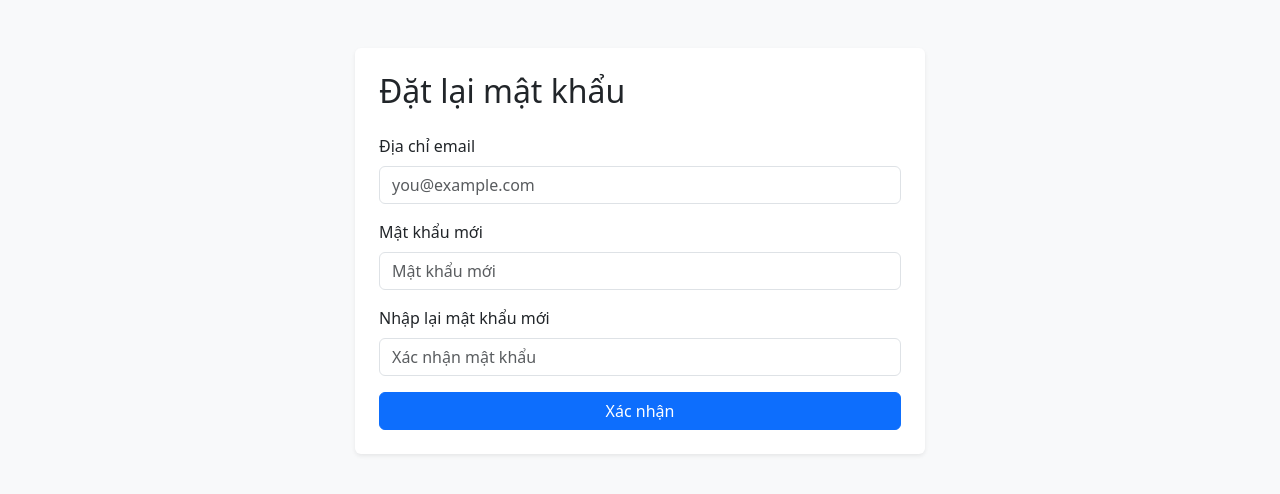
Repository: nvk3005/LapTrinhWeb-
Page: http://localhost/HelloServlet/password
The author's editor kept a copy of each file at every save. The page is drawn from the files as they stood at one save, then again after the next save.
The browser window is 1280 px wide. The pictures show the whole page.
The page is served by Tomcat 10. Other server files are loaded and not shown.

Above is the page before, as saved 2025-09-03 06:16:25.

### HelloServlet/src/main/webapp/views/forgotpass.jsp
<%@ page language="java" contentType="text/html; charset=UTF-8"
	pageEncoding="UTF-8"%>
<%@taglib prefix="c" uri="jakarta.tags.core"%>
<%@taglib prefix="fmt" uri="jakarta.tags.fmt"%>
<%@ taglib uri="http://java.sun.com/jsp/jstl/sql" prefix="sql"%>
<%@ taglib uri="http://java.sun.com/jsp/jstl/xml" prefix="x"%>
<%@ taglib uri="http://java.sun.com/jsp/jstl/functions" prefix="fn"%>
<!DOCTYPE html>
<html lang="vi">
<head>
<meta charset="UTF-8">
<meta name="viewport" content="width=device-width, initial-scale=1">
<title>Đặt lại mật khẩu</title>
<link
	href="https://cdn.jsdelivr.net/npm/bootstrap@5.3.0/dist/css/bootstrap.min.css"
	rel="stylesheet">
</head>
<body class="bg-light">
	<div class="container mt-5">
		<div class="row justify-content-center">
			<div class="col-md-6 bg-white p-4 rounded shadow-sm">
				<h2 class="mb-4">Đặt lại mật khẩu</h2>
				<form action="/password" method="POST">
					<div class="mb-3">
						<label for="email" class="form-label">Địa chỉ email</label> <input
							type="email" class="form-control" id="email" name="email"
							required placeholder="you@example.com">
					</div>

					<div class="mb-3">
						<label for="new-password" class="form-label">Mật khẩu mới</label>
						<input type="password" class="form-control" id="new-password"
							name="new_password" placeholder="Mật khẩu mới">
					</div>

					<div class="mb-3">
						<label for="confirm-password" class="form-label">Nhập lại
							mật khẩu mới</label> <input type="password" class="form-control"
							id="confirm-password" name="confirm_password"
							placeholder="Xác nhận mật khẩu">
					</div>

					<div id="password-match-msg" class="text-danger mb-2"
						style="display: none;">Mật khẩu không khớp!</div>

					<!-- Có thể thêm token ẩn nếu trang này được truy cập từ link trong email -->
					<input type="hidden" name="token" id="token">

					<button type="submit" class="btn btn-primary w-100">Xác
						nhận</button>
				</form>
			</div>
		</div>
	</div>
</body>
</html>

### HelloServlet/src/main/java/vn/iotstar/controller/PasswordController.java
package vn.iotstar.controller;

import jakarta.servlet.ServletException;
import jakarta.servlet.annotation.WebServlet;
import jakarta.servlet.http.HttpServlet;
import jakarta.servlet.http.HttpServletRequest;
import jakarta.servlet.http.HttpServletResponse;
import java.io.IOException;

/**
 * Servlet implementation class PasswordController
 */
@WebServlet(urlPatterns = {"/password"})
public class PasswordController extends HttpServlet {
	private static final long serialVersionUID = 1L;

    /**
     * @see HttpServlet#HttpServlet()
     */
    public PasswordController() {
        super();
        // TODO Auto-generated constructor stub
    }

	/**
	 * @see HttpServlet#doGet(HttpServletRequest request, HttpServletResponse response)
	 */
	protected void doGet(HttpServletRequest request, HttpServletResponse response) throws ServletException, IOException {
		// TODO Auto-generated method stub
		request.getRequestDispatcher("/views/forgotpass.jsp").forward(request, response);
	}

	/**
	 * @see HttpServlet#doPost(HttpServletRequest request, HttpServletResponse response)
	 */
	protected void doPost(HttpServletRequest request, HttpServletResponse response) throws ServletException, IOException {
		// TODO Auto-generated method stub
		response.setContentType("text/html; charset=UTF-8");
        request.setCharacterEncoding("UTF-8");

        String email = request.getParameter("email");
        String newpass = request.getParameter("password");
        String confirmpass = request.getParameter("remember");
	}

}

After the next save:
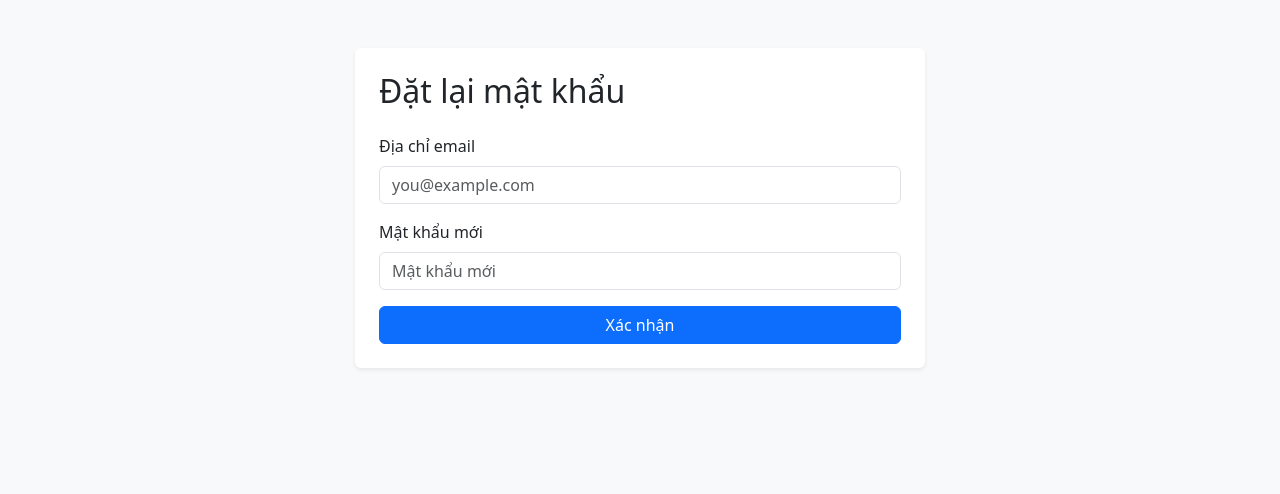
Saved 32 s later.
--- a/HelloServlet/src/main/webapp/views/forgotpass.jsp
+++ b/HelloServlet/src/main/webapp/views/forgotpass.jsp
@@ -33,13 +33,6 @@
 							name="new_password" placeholder="Mật khẩu mới">
 					</div>
 
-					<div class="mb-3">
-						<label for="confirm-password" class="form-label">Nhập lại
-							mật khẩu mới</label> <input type="password" class="form-control"
-							id="confirm-password" name="confirm_password"
-							placeholder="Xác nhận mật khẩu">
-					</div>
-
 					<div id="password-match-msg" class="text-danger mb-2"
 						style="display: none;">Mật khẩu không khớp!</div>
 
